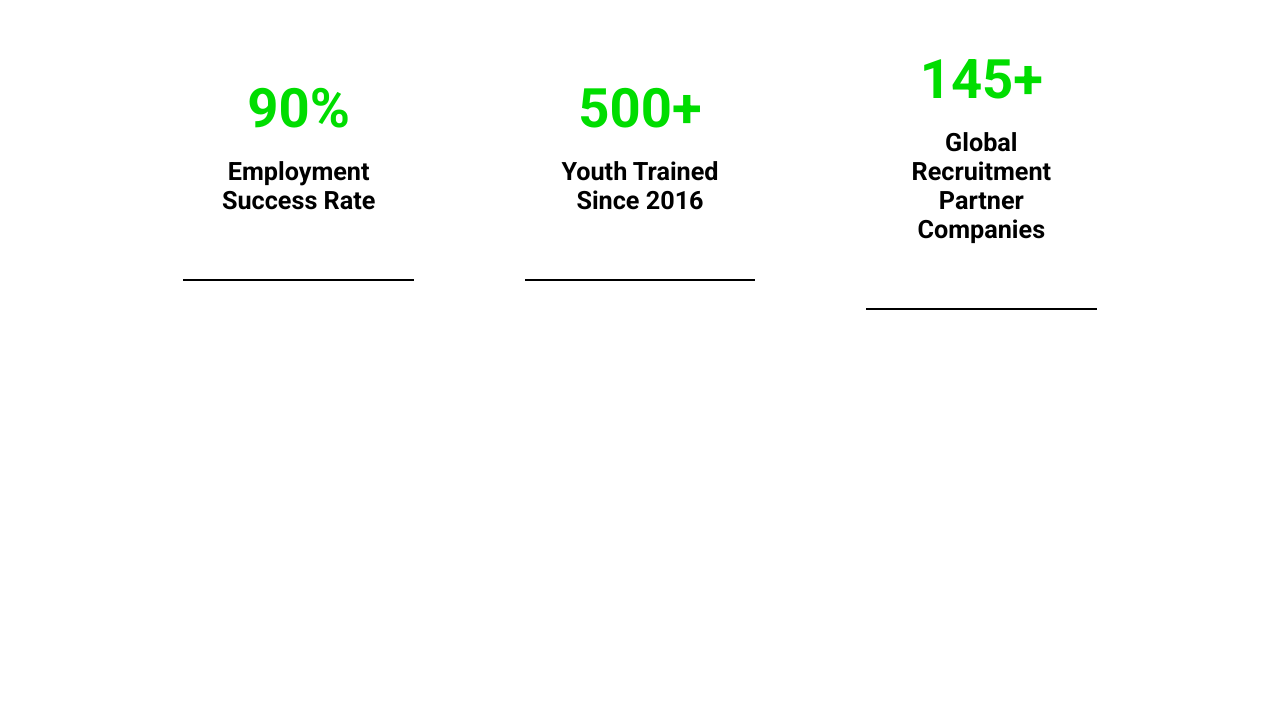
Repository: JeanPaulBassil/SE-Factory-Home-Page-Replica
Page: /
The author's editor kept a copy of each file at every save. The page is drawn from the files as they stood at one save, then again after the next save.
The browser window is 1280 px wide. The pictures show the part of the page from y = 756 to 1476 px (the page is 1476 px tall).
The project was rebuilt for these pictures with package versions that can differ from the ones it lists, and the page was loaded fresh each time. Also part of the build but not shown: src/Components/Hero/Hero.css.

Above is the page before, as saved 2023-02-25 14:25:20.

### public/index.html
<!DOCTYPE html>
<html lang="en">
  <head>
    <meta charset="utf-8" />
    <link rel="icon" href="%PUBLIC_URL%/favicon.ico" />
    <meta name="viewport" content="width=device-width, initial-scale=1" />
    <meta name="theme-color" content="#000000" />
    <meta
      name="description"
      content="Web site created using create-react-app"
    />
    <link rel="preconnect" href="https://fonts.googleapis.com" />
    <link rel="preconnect" href="https://fonts.gstatic.com" crossorigin />
    <link
      href="https://fonts.googleapis.com/css2?family=Roboto:wght@400;500;700&display=swap"
      rel="stylesheet"
    />
    <link rel="apple-touch-icon" href="%PUBLIC_URL%/logo192.png" />
    <link rel="manifest" href="%PUBLIC_URL%/manifest.json" />
    <title>React App</title>
  </head>
  <body>
    <noscript>You need to enable JavaScript to run this app.</noscript>
    <div id="root"></div>
  </body>
</html>

### src/index.js
import './index.css'
import React from 'react';
import ReactDOM from 'react-dom/client';
import App from './App';

const root = ReactDOM.createRoot(document.getElementById('root'));
root.render(
  <App/>
);

### src/index.css
* {
    margin: 0;
    padding: 0;
    box-sizing: border-box;
}

body {
    color: white;
    font-family: 'Roboto', sans-serif;
}

### src/App.js
import Header from "./Components/Header/Header"
import Hero from "./Components/Hero/Hero"

export default function App(params) {
    return (
        <div className="app">
            <Header />
            <Hero />
        </div>
    )
};

### src/Components/Header/Header.js
import './Header.css';
import Navbar from '../Navbar/Navbar'
import HeaderContent from '../HeaderContent/HeaderContent'

export default function Header(params) {
    return (
        <header className="header">
            <Navbar />
            <HeaderContent/>
        </header>
    )
};

### src/Components/Hero/Hero.js
import Stats from "../Stats/Stats"
import './Hero.css'

export default function Hero(params) {
    return(
        <div className="hero">
            <Stats/>
        </div>
    )
};

### src/Components/Header/Header.css
.header {
    background-color: rgba(0, 0, 0, .5);
    background-image: url("https://images.squarespace-cdn.com/content/v1/5e4442200ffeee35974d1060/1586049970296-14DH7UEP2UWJREIELJ3K/IMG_9780.JPG?format=2500w");
    width: auto;
    height: 105vh;
    background-size: cover;
    background-blend-mode: multiply;
    background-repeat: no-repeat;
    background-position-y: -100px;
}

### src/Components/Navbar/Navbar.js
import './Navbar.css'
import Links from '../Links/Links'

export default function Navbar(params) {
    return (
        <div className="navbar">
            <img src="https://images.squarespace-cdn.com/content/v1/5e4442200ffeee35974d1060/f4e4a30d-4b0d-4e5f-a2e8-4e2da9234088/SE-Grey-Icon-RGB-01+copy.png?format=1500w" alt="SE Factory"/>
            <Links/>
        </div>
    )
};

### src/Components/HeaderContent/HeaderContent.js
import './HeaderContent.css'

export default function HeaderContent(params) {
    return (
        <div className="header-content">
            <h1>
            <strong>Empowering youth</strong>
            <br/>
            with tech jobs
            </h1>
            <p>SE Factory's top-ranked training programs graduate <br/>tech professionals working for companies all over<br/>the world.</p>
            <button>Learn More</button>
        </div>
    )
};

### src/Components/Stats/Stats.js
import Stat from '../stat/stat'
import './Stats.css'

export default function Stats(params) {
    const data = [{
        number: '90%',
        text: 'Employment Success Rate'
    },
    {
        number: '500+',
        text: 'Youth Trained Since 2016'
    },
    {
        number: '145+',
        text: 'Global Recruitment Partner Companies'
    }]
    const stats = data.map(part => {
        return (
            <Stat number={part.number} text={part.text}/>
        )
    })
    return(
        <div className="stats">
            <div className='stats-grid1'>
                {stats}
            </div>
            <div className='stats-grid2'>

            </div>
        </div>
    )
};

### src/Components/Navbar/Navbar.css
.navbar {
    margin: auto;
    height: 130px;
    width: 90%;
    padding: 10px;
    display: flex;
    justify-content: space-between;
    align-items: center;
}

.navbar > img {
    height: 80px;
    width: 80px;
}

### src/Components/Links/Links.js

import React from "react";
import './Links.css'

export default function Links({type}) {
  const mainNames = ["Home", "Get Trained", "Hire Talent", "FAQs", "Blog", "About Us", "Contact", "Apply Now"];
  const applyNames = ["Full Stack Web Development", "Foundations of Computer Science"];

  if (type === 'Apply') {
    const applyLinks = applyNames.map(name => {
        return(
                <a href="./">{name}</a>
        )
    })
    return (
        <ul className="dropdown-content">
          {applyLinks}
        </ul>
    )
  } else {
    const mainLinks = mainNames.map(name => {
      if (name === 'Apply Now'){
        return(
          <li key={name} className="dropdown">
              <button class="dropbtn">Apply Now</button>
              <Links type="Apply"/>

          </li>
        )
      } else {
        return (
          <li key={name}>
            <a href={`#${name}`}>
              {name}
            </a>
          </li>
        )
      }
    });

    return (
      <nav >
        <ul className="nav">
          {mainLinks}
        </ul>
      </nav>
    )
  }
};

### src/Components/HeaderContent/HeaderContent.css
.header-content > h1 {
    font-size: calc(3.5 * 1rem);
    line-height: calc(1.3 * (1 + (1 - 3.5)/25))
}

.header-content{
    position: absolute;
    bottom: 0;
    display: flex;
    flex-direction: column;
    justify-content: space-between;
    margin-left: 70px;
    height: 50vh;
}

.header-content > p{
    margin: 1rem 0;
    font-size: calc((1.6 - 1) * 1.2vw + 1rem)
}

.header-content > button {
    width: 133px;
    height: 50px;
    background-color: #0d0;
    color: white;
    border: none;
    border-radius: 10px;
    font-weight: 800;
    font-size: 16px;
}

### src/Components/stat/stat.js
import "./stat.css"

export default function stat({number, text}) {
    return(
        <div className="stat">
            <h1>{number}</h1>
            <p><strong>{text}</strong></p>
        </div>
    )
};

### src/Components/Stats/Stats.css
.stats {
    background-color: white;
    height: 100vh;
    display: grid;
    grid-template-rows: 1fr 2fr;
    color: black;
    width: 80vw;
    margin: auto;
}

.stats-grid1 {
    display: flex;
    justify-content: space-between;
    align-items: center;
}

### src/Components/Links/Links.css
.nav{
    display: flex;
    flex-direction: row;
    list-style-type: none;
    align-items: center;
    justify-content: center;
    font-weight: 600;
}
.nav > li:nth-of-type(1){
    border-bottom: 1px solid white;
    padding-bottom: 10px;
    align-self: flex-end;
}

li {
    margin-right: 30px;
}

a {
    text-decoration: none;
    color: white;
}


.dropdown {
    position: relative;
    display: inline-block;
  }

.dropbtn {
background-color: #0d0;
padding: 10px;
font-size: 16px;
border: none;
cursor: pointer;
color: white;
border-radius: 5px
}

.dropdown-content {
display: none;
position: absolute;
z-index: 1;
background-color: #fff;
min-width: 160px;
width: 300px;
box-shadow: 0px 8px 16px 0px rgba(0,0,0,0.2);
left: auto;
right: 0;
}

.dropdown-content a {
color: #333;
padding: 12px 16px;
text-decoration: none;
display: block;
}


.dropdown-content a:hover {
background-color: #f1f1f1;
}

.dropdown:hover > .dropdown-content {
display: block;
}

.dropbtn:focus {
outline: none;
}

### src/Components/stat/stat.css
.stat{
    margin: 3rem auto;
    display: flex;
    flex-direction: column;
    align-items: center;
    justify-content: space-between;
    width: 18vw;
    text-align: center;
    border-bottom: 2px solid black;
    padding-bottom: 3rem
}

.stat > h1 {
    color: #0d0;
    font-size: calc((3.5 - 1) * 1.2vw + 1rem);
    line-height: calc(1.3 * (1 + (1 - 3.5)/25));
}

.stat > p {
    color: black;
    margin: 1rem;
    /* margin-bottom: 3rem; */
    font-size: calc((1.6 - 1) * 1.2vw + 1rem);
}

Loaded but not shown: src/Components/Hero/Hero.css (no copy from this time; the picture is the same without it)

After the next save:
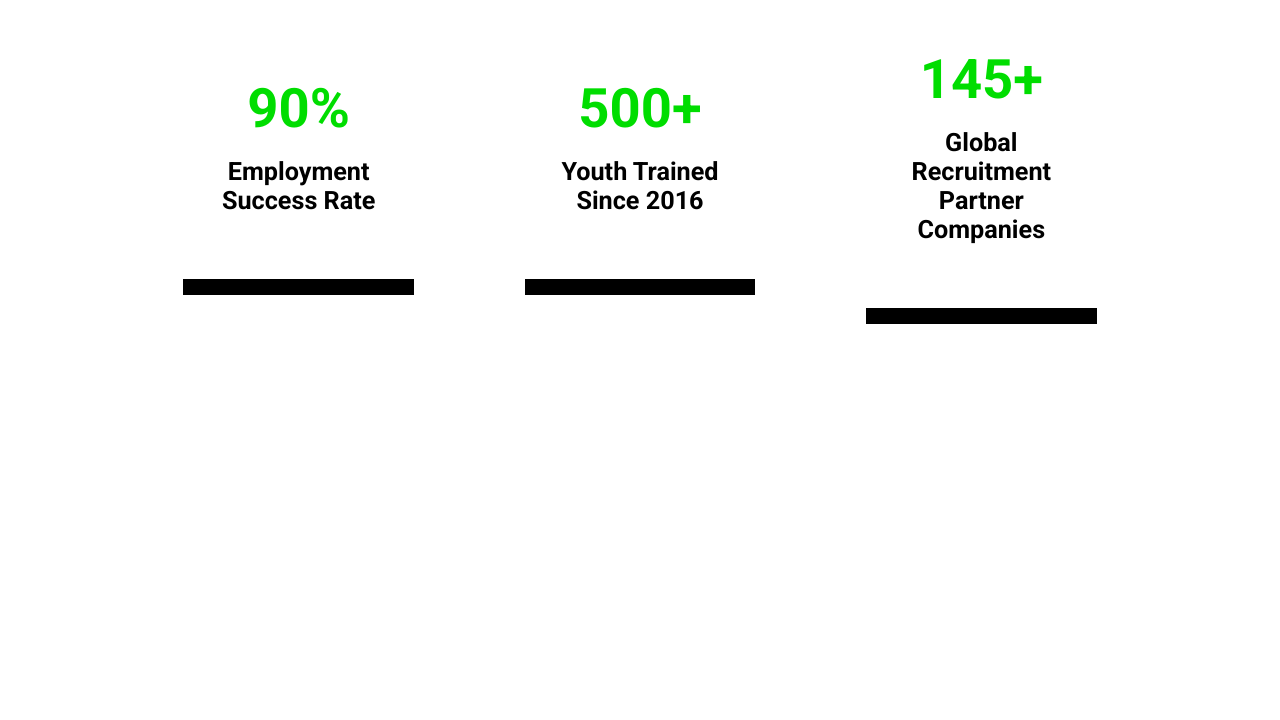
Saved 12 s later.
--- a/src/Components/stat/stat.css
+++ b/src/Components/stat/stat.css
@@ -7,7 +7,8 @@
     width: 18vw;
     text-align: center;
     border-bottom: 2px solid black;
-    padding-bottom: 3rem
+    padding-bottom: 3rem;
+    border-width: 1rem;
 }
 
 .stat > h1 {

After the save that followed:
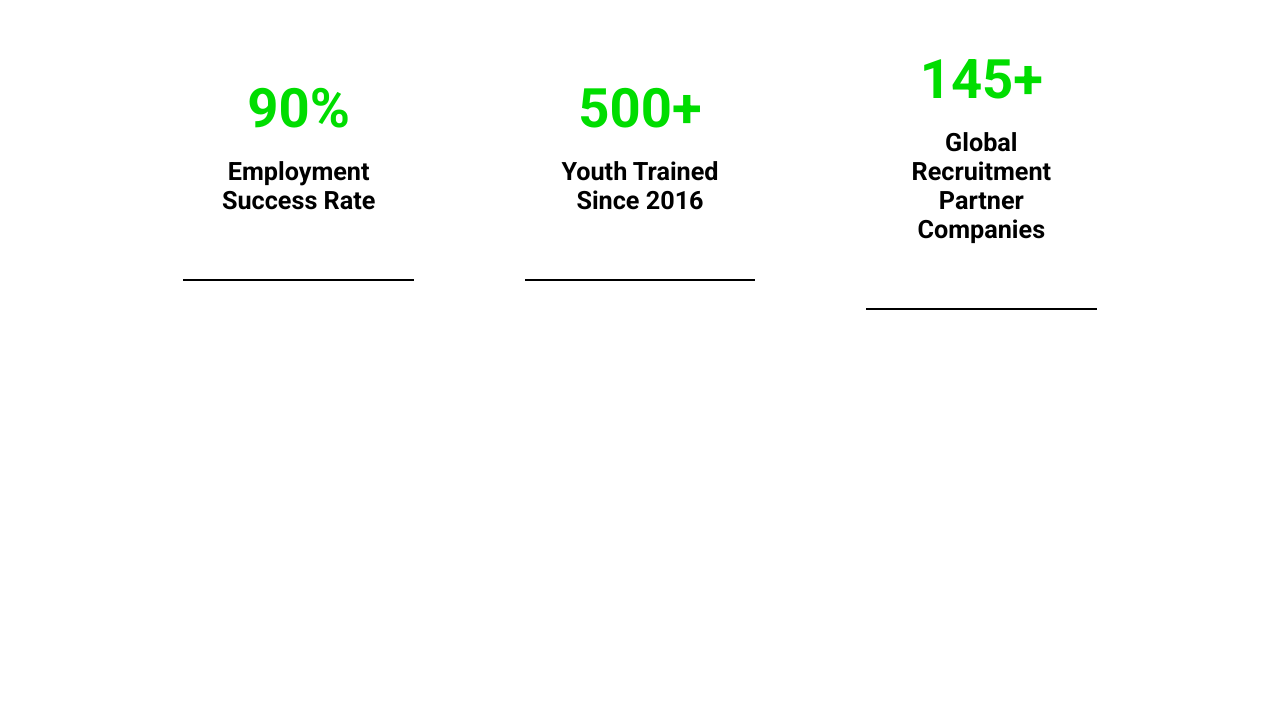
Saved 12 s later.
--- a/src/Components/stat/stat.css
+++ b/src/Components/stat/stat.css
@@ -8,7 +8,6 @@
     text-align: center;
     border-bottom: 2px solid black;
     padding-bottom: 3rem;
-    border-width: 1rem;
 }
 
 .stat > h1 {
